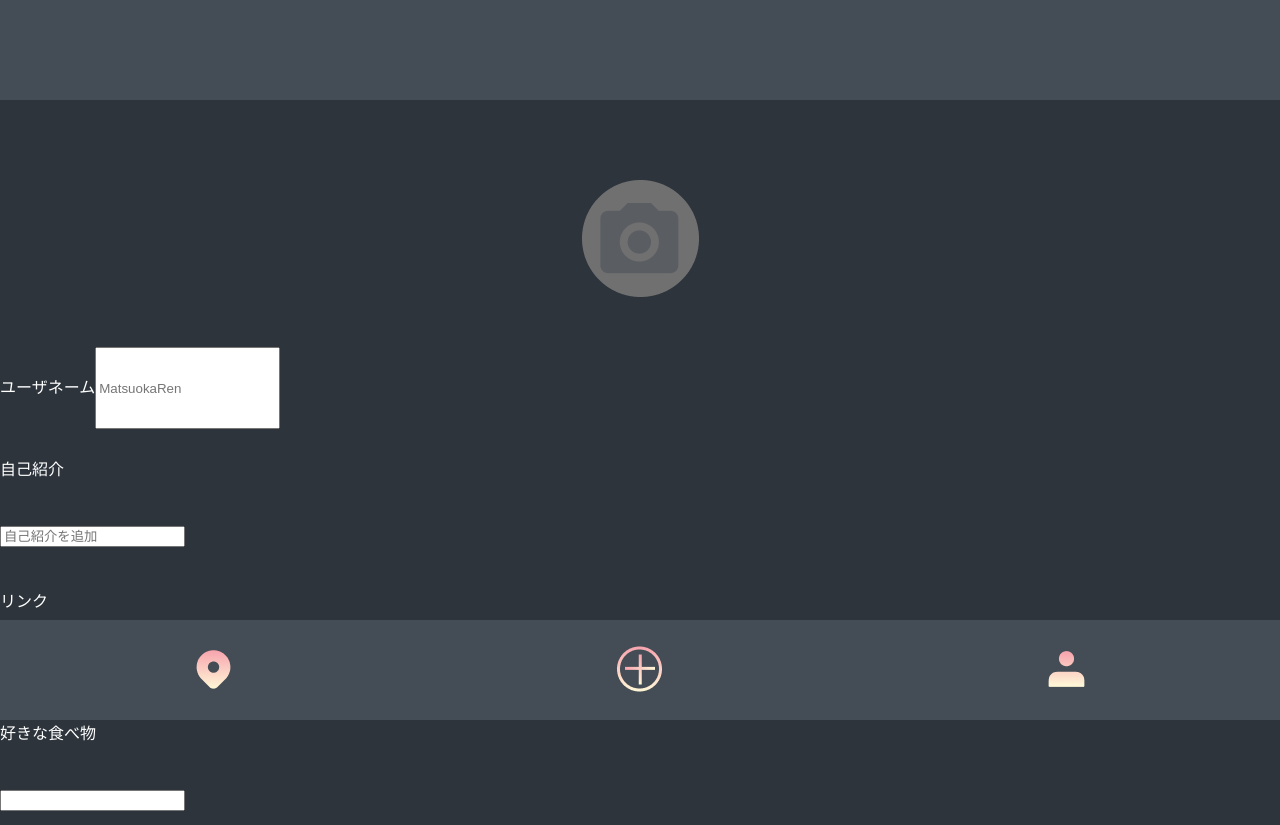
Repository: ren0714poo/respos
Page: edit.html
The author's editor kept a copy of each file at every save. The page is drawn from the files as they stood at one save, then again after the next save.
The browser window is 1280 px wide. The pictures show the whole page.

Above is the page before, as saved 2025-07-17 14:08:11.

### edit.html
<!DOCTYPE html>
<html lang="ja">
<head>
  <meta charset="UTF-8">
  <meta name="viewport" content="width=device-width, initial-scale=1.0">
  <title>respos_edit</title>
  <link rel="stylesheet" href="css/edit.css">
</head>
<body>
  <header>
  </header>

  <main>
    <div class="edit_img"><img src="img/camera_chenge.png" alt="カメラ変更"></div>
    <div class="edit">
      <div class="editflex">
        <p>ユーザネーム</p>
        <input type="text" placeholder="MatsuokaRen"><br>
      </div>
      <p>自己紹介</p>
      <input type="text" placeholder="自己紹介を追加"><br>
      <p>リンク</p>
      <input type="text" placeholder="リンクを追加"><br>
      <p>好きな食べ物</p>
      <input type="text">


    </div>
  </main>

  <footer>
    <button type="button" id="pin" onclick="location.href='top.html'"><img src="img/tabler_map-pin-filled.png" alt="ピン"></button>
    <button type="button"><img src="img/post.png" alt="投稿"></button>
    <button type="button" id="profile" onclick="location.href='profile.html'"><img src="img/icon-park-solid_people.png" alt="プロフィール"></button>
  </footer>

</body>
</html>

### css/edit.css
@media screen and (max-width:480px){


}

html, body {
  color: white;
  background: #2D343C;
  height: 100%;
  margin: 0;
  padding: 0;
  display: grid;
  grid-template-rows: 100px calc(100vh - 200px) 100px;
  grid-template-areas:
  "header"
  "main"
  "footer"
  ;
}



header{
  width: 100%;
  height: 100px;
  background: #444C55;
  display: flex;
  grid-area: header;
}




main{
  width: 100%;
  height: 100%;
  grid-area: main;
}

.edit {
  display: f;
  margin-top: 50px;
  line-height: 50px;
}
.editflex{
  display: flex;
}

.edit_img {
  display: flex;
  flex-direction: column;
  align-items: center;
  margin-top: 80px;
}











footer {
  background: #444C55;
  display: flex;
  justify-content: space-around;
  align-items: center;
}

footer button {
  background: transparent;
  border: none;
}

After the next save:
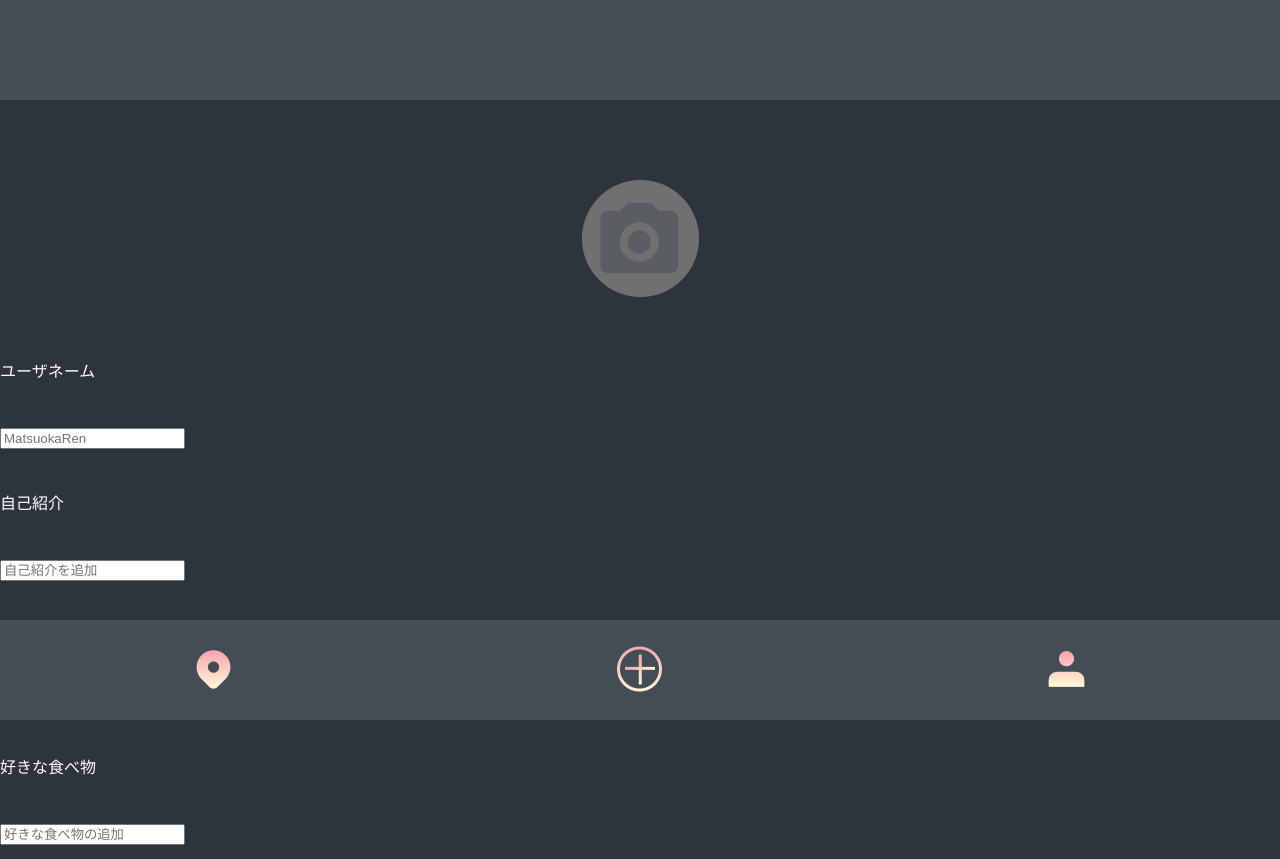
Saved 78 s later.
--- a/edit.html
+++ b/edit.html
@@ -13,16 +13,20 @@
   <main>
     <div class="edit_img"><img src="img/camera_chenge.png" alt="カメラ変更"></div>
     <div class="edit">
-      <div class="editflex">
+      <div class="edit_flex">
         <p>ユーザネーム</p>
         <input type="text" placeholder="MatsuokaRen"><br>
       </div>
-      <p>自己紹介</p>
-      <input type="text" placeholder="自己紹介を追加"><br>
-      <p>リンク</p>
-      <input type="text" placeholder="リンクを追加"><br>
+      <div class="edit_flex">
+        <p>自己紹介</p>
+        <input type="text" placeholder="自己紹介を追加"><br>
+      </div>
+      <div class="edit_flex">
+        <p>リンク</p>
+        <input type="text" placeholder="リンクを追加"><br>
+      </div>
       <p>好きな食べ物</p>
-      <input type="text">
+      <input type="text" placeholder="好きな食べ物の追加">
 
 
     </div>
